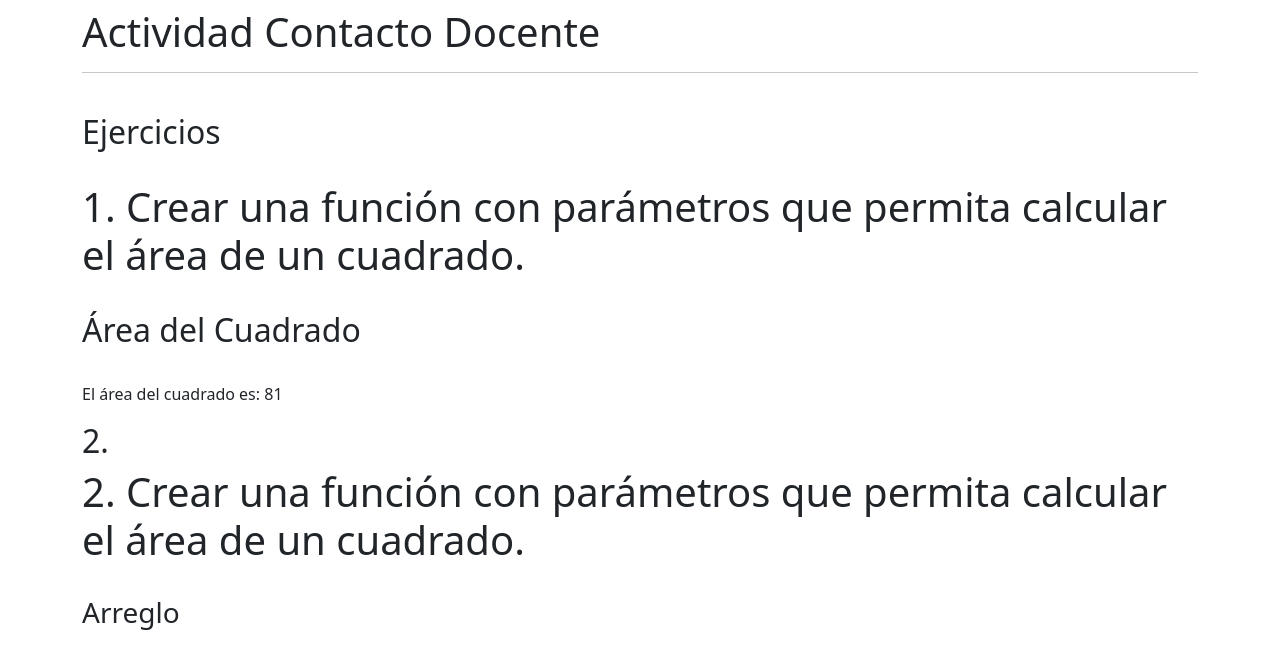
Repository: Jchimbo99/Actvidad1
Page: / (app in typescript-actividad/)
These files come from the project's save history. The page is drawn as it stood at one moment and after the next save; the edit follows.
The browser window is 1280 px wide. The pictures show the whole page.
The project was rebuilt for these pictures with package versions that can differ from the ones it lists, and the page was loaded fresh each time. Also part of the build but not shown: typescript-actividad/vite.config.ts.

Above is the page before, as saved 2025-01-22 20:38:41.

### typescript-actividad/index.html
<!doctype html>
<html lang="en">
  <head>
    <meta charset="UTF-8" />
    <link rel="icon" type="image/svg+xml" href="/vite.svg" />
    <meta name="viewport" content="width=device-width, initial-scale=1.0" />
    <link href="https://cdn.jsdelivr.net/npm/bootstrap@5.3.3/dist/css/bootstrap.min.css" rel="stylesheet" integrity="sha384-QWTKZyjpPEjISv5WaRU9OFeRpok6YctnYmDr5pNlyT2bRjXh0JMhjY6hW+ALEwIH" crossorigin="anonymous">

    <title>Activididad Jch</title>
  </head>
  <body class="container">
    <div id="root"></div>
    <script type="module" src="/src/main.tsx"></script>
  </body>
</html>

### typescript-actividad/src/App.tsx
import { AreaCuadrado } from "./typescript/AreaCuadrado";
import { Arreglo } from "./typescript/Arreglo";

export const App = () => {
  return (

    <div className="mt-2">
      <h1>Actividad Contacto Docente</h1>
      <hr />
      <br />
      <h2>Ejercicios</h2>
      <br />

      <AreaCuadrado/>
      <h2>2.</h2>
      <Arreglo/>
      </div>
  )
}


export default App;

### typescript-actividad/src/typescript/AreaCuadrado.tsx
export const AreaCuadrado = () => {
    const lado = 9;
    const area = lado * lado;

    return (
        <div>

            <h1>1.	Crear una función con parámetros que permita calcular el área de un cuadrado.</h1>
            <br />
            <h2>Área del Cuadrado</h2>
            <br />
            <p>El área del cuadrado es: {area}</p>
        </div>
    );
}

### typescript-actividad/src/typescript/Arreglo.tsx


export const Arreglo = () => {
  return (
    <div>
         <h1>2.	Crear una función con parámetros que permita calcular el área de un cuadrado.</h1>
         <br />
        <h3>Arreglo</h3></div>
  )
}

Loaded but not shown: typescript-actividad/src/main.tsx (common file)

After the next save:
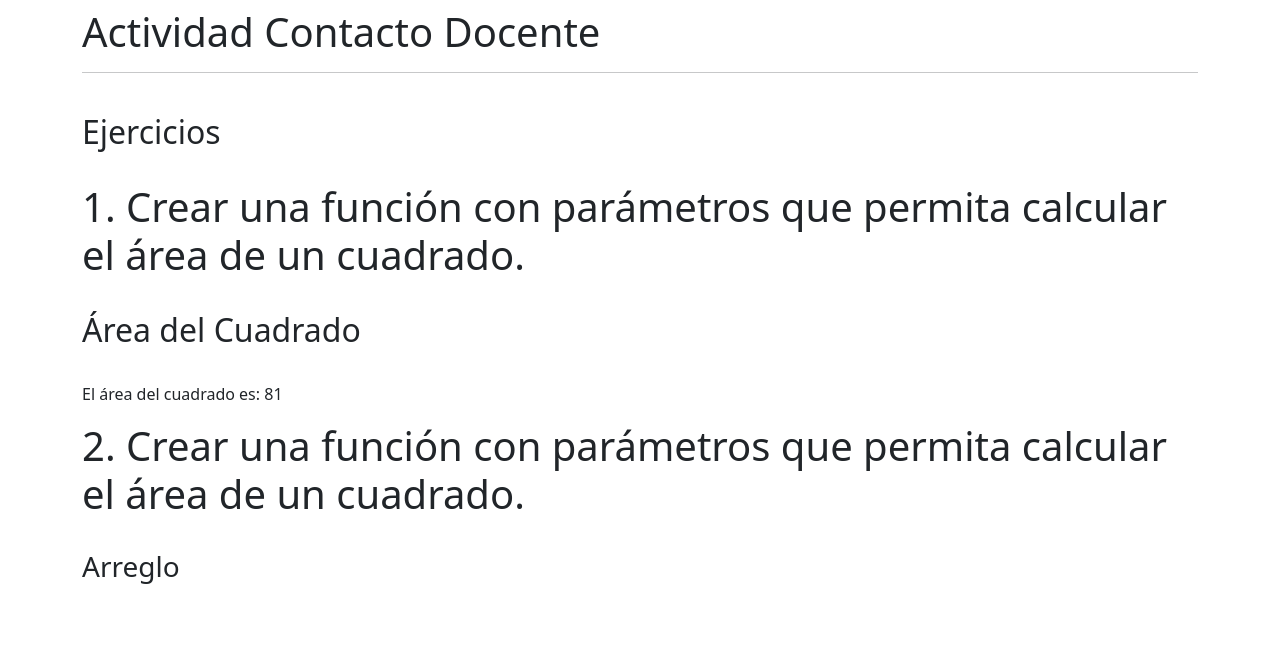
Saved 9 s later.
--- a/typescript-actividad/src/App.tsx
+++ b/typescript-actividad/src/App.tsx
@@ -12,7 +12,7 @@ export const App = () => {
       <br />
 
       <AreaCuadrado/>
-      <h2>2.</h2>
+
       <Arreglo/>
       </div>
   )
